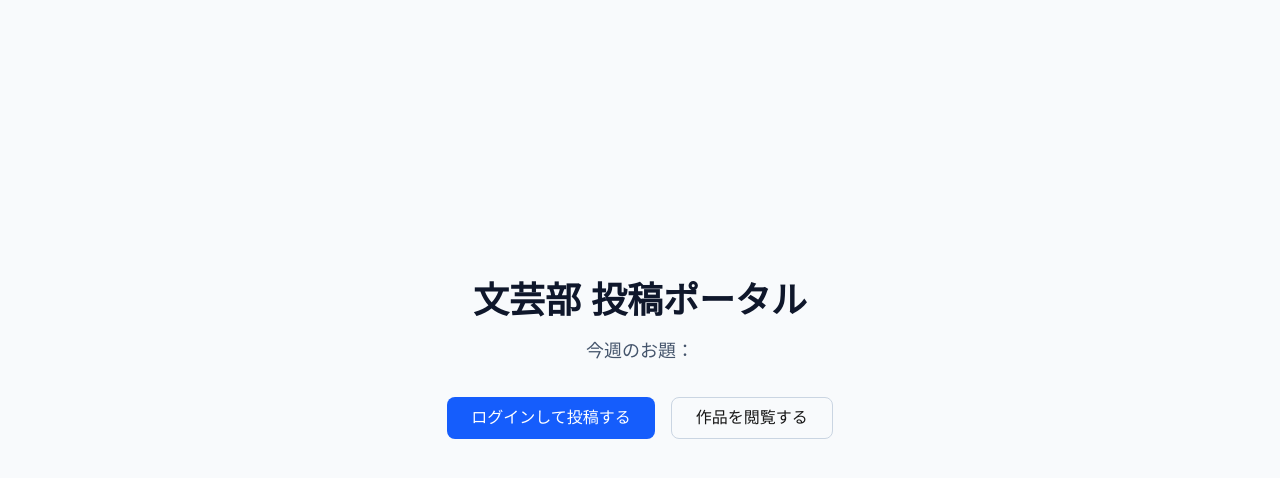
Repository: P-man2976/Literary-club-app
Page: /
An editor plug-in stored every save of this project. The page is shown before and after the next save, followed by the edit.
The browser window is 1280 px wide. The pictures show the whole page.
The project was rebuilt for these pictures with package versions that can differ from the ones it lists, and the page was loaded fresh each time. The framework's server and built-in components were replaced by stand-ins that run in the browser. Also part of the build but not shown: next.config.ts.

Above is the page before, as saved 2026-01-31 11:00:23.

After the next save:
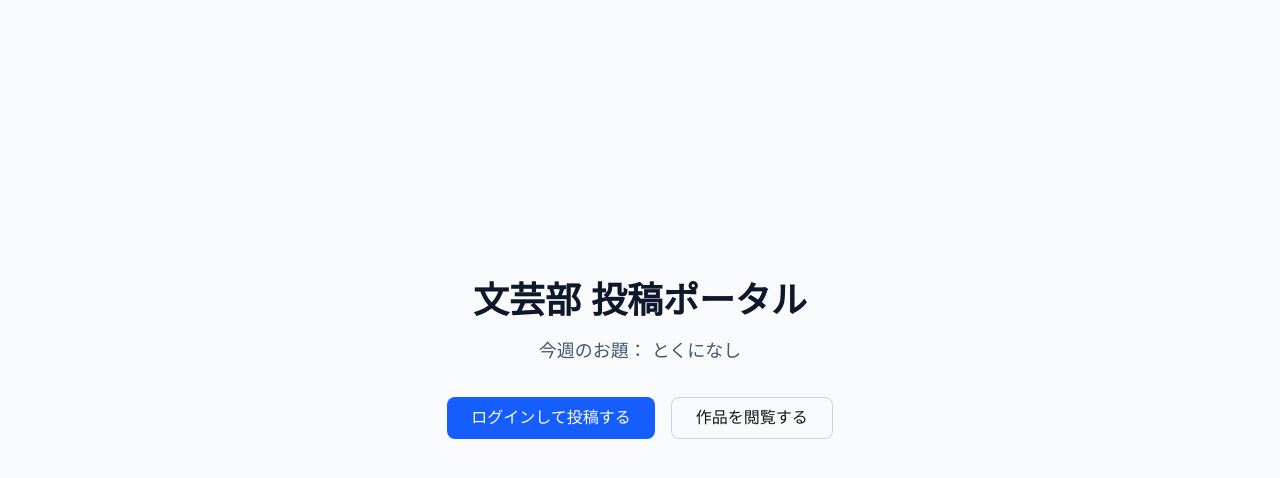
Saved 4 s later.
--- a/app/page.tsx
+++ b/app/page.tsx
@@ -5,7 +5,7 @@ export default function Home() {
         文芸部 投稿ポータル
       </h1>
       <p className="text-lg text-slate-600 mb-8">
-        今週のお題：
+        今週のお題： とくになし
       </p>
       <div className="flex gap-4">
         <button className="px-6 py-2 bg-blue-600 text-white rounded-lg font-medium">
